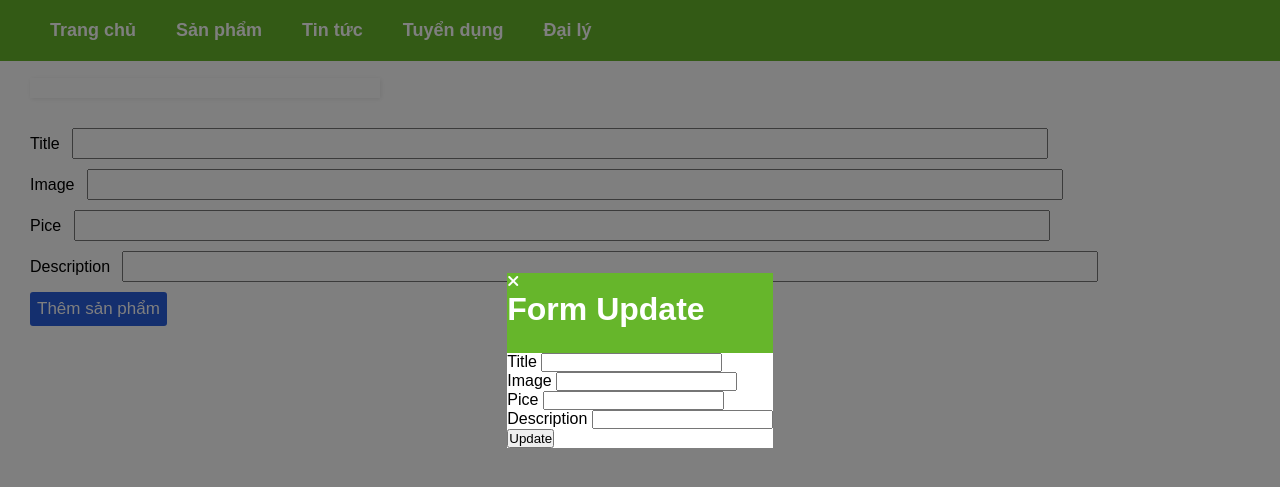
Repository: Ngoc28/CURD_HTML-CSS_JS_JSON
Page: index.html
The author's editor kept a copy of each file at every save. The page is drawn from the files as they stood at one save, then again after the next save.
The browser window is 1280 px wide. The pictures show the whole page.
The page's requests for data from a server got no answer.

Above is the page before, as saved 2023-04-11 09:40:34.

### index.html
<!DOCTYPE html>
<html lang="en">
<head>
    <meta charset="UTF-8">
    <meta http-equiv="X-UA-Compatible" content="IE=edge">
    <meta name="viewport" content="width=device-width, initial-scale=1.0">
    <title>CURD Cơ bản</title>
    <link rel="stylesheet" href="https://cdnjs.cloudflare.com/ajax/libs/font-awesome/6.4.0/css/all.min.css" integrity="sha512-iecdLmaskl7CVkqkXNQ/ZH/XLlvWZOJyj7Yy7tcenmpD1ypASozpmT/E0iPtmFIB46ZmdtAc9eNBvH0H/ZpiBw==" crossorigin="anonymous" referrerpolicy="no-referrer" />
    <link rel="stylesheet" href="./asset/css/style.css">
</head>
<body>
    <header class="header-menu">
        <ul class="list-menu">
            <li class="item-menu"><a href="">Trang chủ</a></li>
            <li class="item-menu"><a href="">Sản phẩm</a></li>
            <li class="item-menu"><a href="">Tin tức</a></li>
            <li class="item-menu"><a href="">Tuyển dụng</a></li>
            <li class="item-menu"><a href="">Đại lý</a></li>
        </ul>
    </header>
    <div class="main">
        <div class="title-product">
            <h2 class="title">Sản phẩm của chúng tôi</h2>
        </div>
        <div class="products">
            <div class="product">
                <!-- <h3 class="product-name">Coca-Cola</h3>
                <img src="https://cdn.tgdd.vn/Products/Images/2947/190310/bhx/sua-trai-cay-nutriboost-huong-cam-297ml-202202122134380628.jpg" alt="" class="product-img">
                <spam class="product-price">18.000</spam>
                <span class="product-description">Nutriboost là thức uống dinh dưỡng kết hợp sữa và nước trái cây thơm ngon, giúp bạn luôn tràn năng lượng cho một ngày làm việc hiệu quả.</span> -->
            </div>
        </div>
    </div>
    <div class="form">
        <div class="form-1">
            <label for="">Title</label>
            <input type="text" name="title">
        </div>
        <div class="form-1">
            <label for="">Image</label>
            <input type="text" name="image">
        </div>
        <div class="form-1">
            <label for="">Pice</label>
            <input type="text" name="price">
        </div>
        <div class="form-1">
            <label for="">Description</label>
            <input type="text" name="description">
        </div>
        <button type="submit" id="create">Thêm sản phẩm</button>
    </div>

    <!-- formUpdate -->
    <div class="formUpdate">
        <div class="modal">
            <header>
                <i class="update-icon fa-solid fa-xmark"></i>
                <h1>
                    Form Update
                </h1>
            </header>
            <div class="form-2">
                <label for="">Title</label>
                <input type="text" name="title">
            </div>
            <div class="form-2">
                <label for="">Image</label>
                <input type="text" name="image">
            </div>
            <div class="form-2">
                <label for="">Pice</label>
                <input type="text" name="price">
            </div>
            <div class="form-2">
                <label for="">Description</label>
                <input type="text" name="description">
            </div>
            <button type="submit" id="update">Update</button>
        </div>
    </div>
    <script src="/script.js"></script>
</body>
</html>

### asset/css/style.css
*{
    padding: 0;
    margin: 0;
    box-sizing: border-box;
}

body {
    font-family: Arial, Helvetica, sans-serif;
}

.header-menu {
    position: fixed;
    top: 0;
    left: 0;
    right: 0;
    background-color: #66b62b;
    font-size: 18px;
    font-weight: 600;
}

.list-menu {
    display: flex;
    margin: 0 30px;
}

.item-menu {
    list-style: none;
}

.item-menu a {
    padding: 20px;
    display: block;
    text-decoration: none;
    color: #fff;
}

.item-menu a:hover {
    background-color: #ffd400;
    display: block;
}

/* Product */
.main {
    margin: 30px 30px 10px 30px;
}

.title-product {
    margin-bottom: 20px;
}


.title-product .title {
    text-align: center;
    color: #d72b27;
}

.products {
    display: flex;
    justify-content: space-between;
    flex-wrap: wrap;
}

.product {
    width: 350px;
    cursor: pointer;
    box-shadow: 1px 1px 5px   rgba(0, 0, 0, 0.09);
    margin-bottom: 20px;
    padding: 10px;
}


.product h3:hover {
    color: #d72b27;
}


.product-name {
    text-align: center;
}

.product-img {
    width: 100%;
    object-fit: cover;
}


.product .product-price:hover {
    color: #66b62b;
}

.product-price {
    color: #d72b27;
    margin: 10px 10px 6px;
    display: flex;
    justify-content: center;
    font-weight: 600;
}

.product-description {
    font-size: 15px;
    font-weight: 400;
    line-height: 20px;
    height: 40px;
    margin: 10px 10px 6px;
    overflow: hidden;
    display: block;
    display: -webkit-box;
    -webkit-box-orient: vertical;
    -webkit-line-clamp: 2;
}


.btn {
    display: flex;
    justify-content: center;
}


.delete-btn{
    margin-right: 10px;
}

.update-btn,
.delete-btn {
    padding: 8px;
    background-color: #66b62b;
    color: #fff;
    font-size: 15px;
    border: none;
    border-radius: 3px;
}

.update-btn:hover,
.delete-btn:hover {
    background-color: #336013;
}

/* Form */
.form {
    margin: 0 30px;

}

.form-1{
    margin-bottom: 10px;
}

.form-1 label {
    font-size: 16px;
    margin-right: 8px;
    width: 90px;
}

.form-1 input {
    padding: 5px;
    font-size: 15px;
    width: 80%;
}

.form button {
    padding: 7px;
    background-color: #295fdd;
    color: #fff;
    font-size: 17px;
    border: none;
    border-radius: 3px;
}

.form button:hover {
    background-color: #172e62;
}

/* FormUpdate */

.formUpdate {
    position:fixed;
    top: 0;
    right: 0;
    bottom: 0;
    left: 0;
    background-color: rgba(0, 0, 0, 0.5);
    display: flex;
    align-items: center;
    justify-content: center;
}

.modal {
    background-color: #fff;
}

.modal header {
    background-color: #66b62b;
    color: #fff;
    height: 80px;
}

### script.js
let productsApi = 'http://localhost:3000/products';

function start() {
    getProducts(renderProducts);

    handleCreateForm()
}

start();

//lay ra san pham

function getProducts(callback) {

    fetch(productsApi)
    .then(function(response) {
        return response.json();
    })
    .then(callback);
}

function createProduct(data, callback) {
    var options = {
        method: 'POST',
        body: JSON.stringify(data),
        headers: {
            "Content-Type": "application/json",
            // 'Content-Type': 'application/x-www-form-urlencoded',
          }
    };
    fetch(productsApi, options)
        .then(function(response) {
            response.json();
        })
        .then(callback);

}

function handleDeleteProduct(id) {
    var options = {
        method: 'DELETE',
        headers: {
            "Content-Type": "application/json",
            // 'Content-Type': 'application/x-www-form-urlencoded',
          }
    };
    fetch(productsApi + '/' + id, options)
        .then(function(response) {
            response.json();
        })
        .then(function() {
           var productItem = document.querySelector('.product-item-' + id);
           if(productItem) {
            productItem.remove();
           }
        });
}


//show du lieu ra man hinh
function renderProducts(products) {
    var listProducts = document.querySelector('.products');

    var htmls = products.map(function(product) {
        return `
        <div class="product product-item-${product.id}">
            <h3 class="product-name">${product.title}</h3>
            <img src="${product.image}" class="product-img">
            <spam class="product-price">${product.price}đ</spam>
            <span class="product-description">${product.description}</span>
            <div class="btn">
                <button onclick="handleDeleteProduct(${product.id})" class="delete-btn">Delete</button>
                <button onclick="UpdateProduct()" class="update-btn">Update</button>
            </div>
        </div>`

    })

    listProducts.innerHTML = htmls.join('');
}

function handleCreateForm() {
    var createBtn = document.querySelector('#create');

    createBtn.onclick = function() {
        var title = document.querySelector('input[name="title"]').value;
        var image = document.querySelector('input[name="image"]').value;
        var price = document.querySelector('input[name="price"]').value;
        var description = document.querySelector('input[name="description"]').value;

        var formData = {
            title: title,
            image: image,
            price: price,
            description: description
        }

        createProduct(formData, function() {
            getProducts(renderProducts);
        });

    }
}

After the next save:
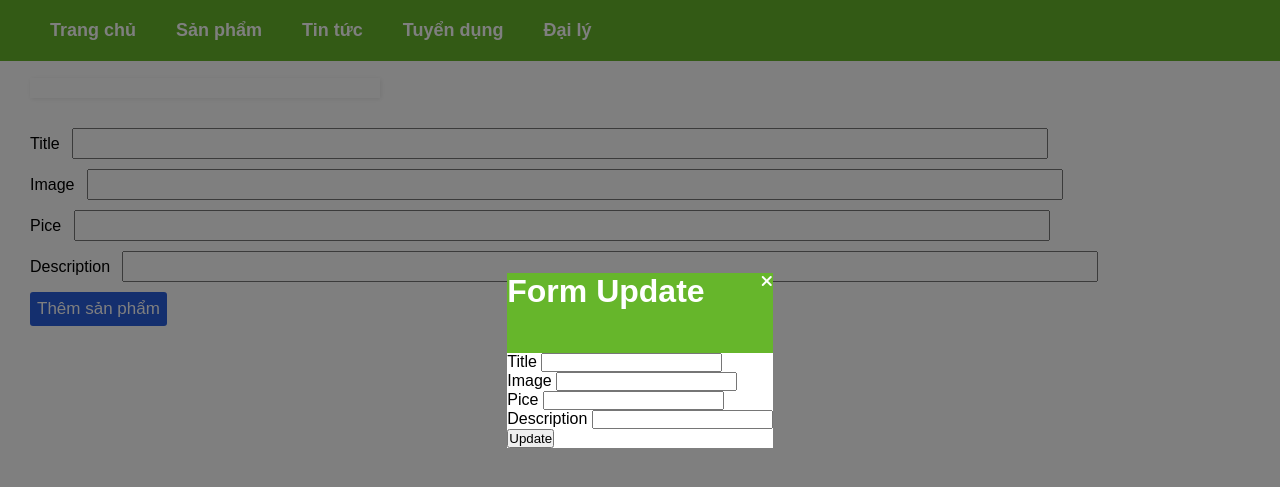
Saved 27 s later.
--- a/asset/css/style.css
+++ b/asset/css/style.css
@@ -193,3 +193,7 @@ body {
     color: #fff;
     height: 80px;
 }
+
+.modal .update-icon {
+    float: right;
+}
